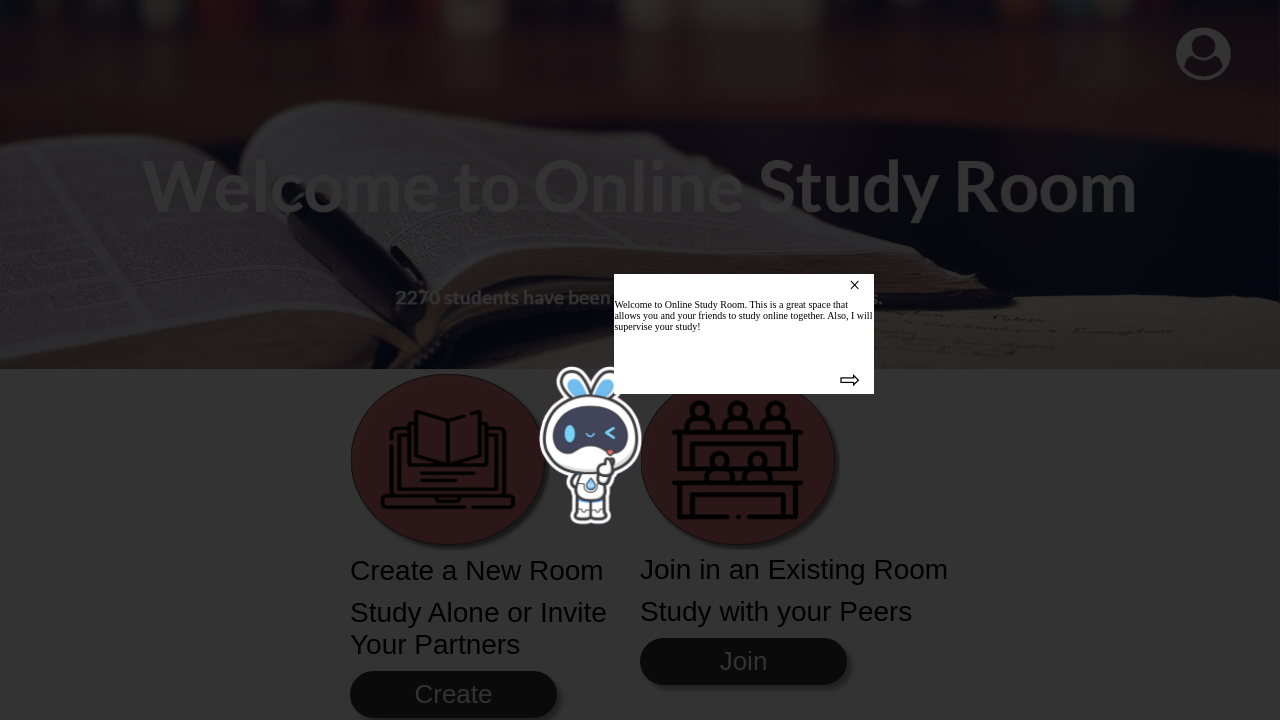
Repository: Team-Extrememe/Online-Study-Room
Page: home.html
An editor plug-in stored every save of this project. The page is shown before and after the next save, followed by the edit.
The browser window is 1280 px wide. The pictures show the whole page.

Above is the page before, as saved 2021-10-06 13:30:51.
Console error: TypeError: Cannot set properties of null (setting 'onclick')

### home.html
<!DOCTYPE html>
<html lang="en">
<head>
    <meta charset="UTF-8">
    <meta http-equiv="X-UA-Compatible" content="IE=edge">
    <meta name="viewport" content="width=device-width, initial-scale=1.0">
    <link rel="stylesheet" href="css/style.css">
    <script src="js/jquery-3.6.0.min.js" type="text/javascript"></script>
    <script type="text/javascript" src="js/javascript.js"></script>
    <title>Homepage</title>
</head>
<body>
    <img class="home" src="images/home.png" alt="home_header">
    <a href="login.html" class="account"></a>
    <img class="rabbit" src="images/rabbit1.png" alt="guide_rabbit">
    <div id="light3" class="guide_div">
        <div class="guide_text">
            <div class="close_guide_button">&times;</div>
            <div class="text1">
                Welcome to Online Study Room.  This is a great space that allows you and your friends to study online together.  Also, I will supervise your study!
            </div>
            <div class="next">&#8680;</div>
        </div>
    </div>
    <img class="rabbit2" src="images/rabbit2.png" alt="guide_rabbit2">
    <div id="light4" class="guide_div2">
        <div class="guide_text2">
            <div class="close_guide_button2">&times;</div>
            <span>You can create your own study room here!</span>
            <div class="back">&#8678;</div>
            <div class="next2">&#8680;</div>
        </div>
    </div>
    <img class="rabbit3" src="images/rabbit3.png" alt="guide_rabbit3">
    <div id="light5" class="guide_div3">
        <div class="guide_text3">
            <div class="close_guide_button3">&times;</div>
            <span>Or you can join other's study room.</span>
            <div class="back2">&#8678;</div>
            <div class="next3">&#8680;</div>
        </div>
    </div>
    <img class="rabbit4" src="images/rabbit3.png" alt="guide_rabbit4">
    <div id="light6" class="guide_div4">
        <div class="guide_text4">
            <div class="close_guide_button4">&times;</div>
            <span>You can create an account and log in here.</span>
            <div class="back3">&#8678;</div>
            <div class="next4">&#8680;</div>
        </div>
    </div>
    <img class="rabbit5" src="images/rabbit4.png" alt="guide_rabbit5">
    <div id="light7" class="guide_div5">
        <div class="guide_text5">
            <span>So now, start your learning~ I will always be with you.</span>
            <div class="repeat">Repeat</div>
            <div class="end">Ok</div>
        </div>
    </div>

    <div class="room_container">
        <div class="create_room">
            <img src="images/create.png" alt="create_room">
            <div class="create_text">
                <span>Create a New Room</span>
                <span>Study Alone or Invite Your Partners</span>
                <button class="create">Create</button>
            </div>
        </div>
        <div class="join_room">
            <img src="images/join.png" alt="join_room">
            <div class="join_text">
                <span>Join in an Existing Room</span>
                <span>Study with your Peers</span>
                <button class="join">Join</button>
            </div>
        </div>
    </div>

    <div id="light" class="popup">
        <div class="close_button">&times;</div>
        <div class="room_type">
            <label>Private
                <input type="checkbox">
            </label>
            <label>Public
                <input type="checkbox">
            </label>
        </div>
        <div class="room_info">
            <label>Number of people:</label>
            <input type="text">
            <span>(Maxium is 6)</span>
            <br>
            <label>Time Setting:</label>
            <input id="time" type="time" step='1' min="00:00:00" max="24:00:00">
        </div>
        <div class="device">

        </div>
        <button class="confirm_create" onclick="location.href='main.html'">Create</button>
    </div>
    <div id="light2" class="popup2">
        <div class="close_button2">&times;</div>
        <img src="images/join2.png" alt="join_other_rooms">
        <div class="room_type">
            <label>Private
                <input type="checkbox">
            </label>
            <label>Public
                <input type="checkbox">
            </label>
        </div>
        <button class="confirm_join">Join</button>
    </div>
    <div id="fade" class="black_overlay"></div>
    <div id="fade1" class="black"></div>
</body>
</html>

### css/style.css

.login{
    background: linear-gradient(144.9063727226063deg , rgba(250, 205, 145, 1) 28.000000000000004%, rgba(250, 248, 145, 1) 92%);
    margin: 0;
    padding: 0;
    height: 100vh;
    overflow: hidden;
}

body{
    margin: 0;
    padding: 0;
    height: 100vh;
    overflow: hidden;
}

div{
    display: block;
}

.login_container{
    position: absolute;
    top: 50%;
    left: 50%;
    transform: translate(-50%, -50%);
    width: 860px;
    background: white;
    height: 900px;
}

.login_container h1{
    text-align: center;
    padding: 0 0 20px 0;
    padding-top: 50px;
}

.login_container h3{
    text-align: center;
    padding-bottom: 50px;
}

.login_container form{
    padding: 0 100px;
    box-sizing: border-box;
}

form .txt_field{
    position: relative;
    margin: 30px 0;
}

.txt_field input{
    width: 60%;
    padding: 5px 5px;
    height: 40px;
    font-size: 16px;
    position: relative;
    left: 140px;
    top: 10px;
    margin-bottom: 30px;
    background-color: #f9f9f9;
    border-style: solid;
    border-color:  #d3d3d3;
    border-radius: 4px;
    border-width: 2px;
    text-indent: 0px;
    text-shadow: none;
    box-shadow: none;
}

.txt_field label{
    position: absolute;
    left: 140px;
    color: #8c8c8c;
    transform: translateY(-100%);
    font-size: 16px;

}

.remember{
    position: relative;
    left: 160px;
    color: #8c8c8c;
}

.check{
    position: relative;
    left: -140px;
}
.forgot{
    position: absolute;
    bottom: 392px;
    left: 480px;
}

.forgot a{
    text-decoration: none;
    color: rgb(43, 158, 217);
}

input[type="submit"]{
    border-width: 0px;
    position: absolute;
    left: 285px;
    top: 700px;
    width: 320px;
    height: 50px;
    background: inherit;
    background-color: rgba(30, 152, 215, 1);
    border: none;
    border-radius: 73px;
    box-shadow: none;
    font-weight: 400;
    font-style: normal;
    font-size: 25px;
    color: white;
    cursor: pointer;
}

input[type="submit"]:hover{
    background-color: rgba(30, 132, 207, 1);
}

.signup_link{
    position: absolute;
    bottom: 100px;
    left: 320px;
    color: #8c8c8c;
}

.signup_link a{
    text-decoration: none;
    color: rgb(43, 158, 217);
}

/* homepage*/

.home{
    width: 100%;
}

.account{
    display: inline-block;
    width: 88px;
    height: 81px;
    position: absolute;
    right: 69px;
    top: 41px;
    border-radius: 50%;
}

.room_container{
    width: 100%;
}

.create_room{
    width: 50%;
    float: left;
    /* margin-left: 350px; */
}

.create_room img{
    /* position: absolute;
    left: 450px; */
    padding-left: 350px;
}

.create_text{
    /* position: absolute;
    left: 420px;
    bottom: 100px; */
    font-family: 'Arial Negreta', 'Arial Normal', 'Arial', sans-serif;
    padding-left: 350px;
}

.create_text span{
    word-break: normal;
    width: auto;
    display: block;
    white-space: pre-wrap;
    word-wrap: break-word;
    overflow: hidden;
    padding-bottom: 10px;
    font-size: 28px;
}

.create_text span:nth-of-type(2){
    /* position: relative;
    left: -90px; */
    padding-left: -50px;
    text-align:left;
}

.create_text button{
    /* position: relative;
    left: 30px; */
    width: 207px;
    height: 47px;
    background: inherit;
    background-color: rgba(51, 51, 51, 1);
    box-sizing: border-box;
    border-width: 3px;
    border-style: solid;
    border-color: rgba(51, 51, 51, 1);
    border-radius: 71px;
    box-shadow: 5px 5px 5px rgb(0 0 0 / 35%);
    font-size: 26px;
    color: rgba(255, 255, 255, 0.996078431372549);
    cursor: pointer;
}

.join_room{
    width: 50%;
    float: right;
}

.join_room img{
    /* position: absolute;
    right: 450px; */
}

.join_text{
    /* position: absolute;
    right: 420px;
    bottom: 100px; */
    font-family: 'Arial Negreta', 'Arial Normal', 'Arial', sans-serif;
}

.join_text span{
    word-break: normal;
    width: auto;
    display: block;
    white-space: pre-wrap;
    word-wrap: break-word;
    overflow: hidden;
    padding-bottom: 10px;
    font-size: 28px;
    /* position: relative;
    right: -40px; */
}

.join_text span:nth-of-type(2){
    /* position: relative;
    right: -60px; */
}

.join_text button{
    /* position: relative;
    right: -85px; */
    width: 207px;
    height: 47px;
    background: inherit;
    background-color: rgba(51, 51, 51, 1);
    box-sizing: border-box;
    border-width: 3px;
    border-style: solid;
    border-color: rgba(51, 51, 51, 1);
    border-radius: 71px;
    box-shadow: 5px 5px 5px rgb(0 0 0 / 35%);
    font-size: 26px;
    color: rgba(255, 255, 255, 0.996078431372549);
    cursor: pointer;
}

/* pop-up*/

.room_info input{
    border: 0;
    outline: 0;
    background: transparent;
    border-bottom: 1px solid black;
}

.popup{
    display: none;
    position: absolute;
    top: 35%;
    left: 37%;
    width: 500px;
    height: 240px;
    border: 10x solid black;
    background-color: white;
    z-index:1002;
    overflow: auto;
}

.popup2{
    display: none;
    position: absolute;
    top: 35%;
    left: 37%;
    width: 500px;
    height: 240px;
    border: 10x solid black;
    background-color: white;
    z-index:1002;
    overflow: auto;
}

.popup2 img{
    position: relative;
    left: 45%;
    top: 10px;
}

.popup2 .room_type{
    position: absolute;
    top: 38%;
}

.black_overlay{
    display: none;
    position: absolute;
    top: 0%;
    left: 0%;
    width: 100%;
    height: 100%;
    background-color: black;
    z-index:1001;
    opacity:.80;
    filter: alpha(opacity=88);
}

.close_button{
    position: absolute;
    right: 20px;
    top: 0px;
    font-size: 35px;
    cursor: pointer;
}

.close_button2{
    position: absolute;
    right: 20px;
    top: 0px;
    font-size: 35px;
    cursor: pointer;
}

.room_type{
    position: absolute;
    left: 28%;
    top: 10%;
    font-size: 20px;
}

.room_type label{
    padding-right: 40px;
}

.room_info{
    position: absolute;
    top: 20%;
    left: 20%;
    margin-top: 25px;
}

.room_info input{
    width: 70px;
}

.room_info label{
    display: inline-block;
    margin-bottom: 25px;
}

.confirm_create{
    position: absolute;
    bottom: 10px;
    left: 35%;
    width: 170px;
    height: 40px;
    background: inherit;
    background-color: rgba(51, 51, 51, 1);
    box-sizing: border-box;
    border-width: 3px;
    border-style: solid;
    border-color: rgba(51, 51, 51, 1);
    border-radius: 71px;
    box-shadow: 3px 2px 3px rgb(0 0 0 / 35%);
    font-size: 16px;
    color: rgba(255, 255, 255, 0.996078431372549);
    cursor: pointer;
}

.confirm_join{
    position: absolute;
    bottom: 25px;
    left: 35%;
    width: 170px;
    height: 40px;
    background: inherit;
    background-color: rgba(51, 51, 51, 1);
    box-sizing: border-box;
    border-width: 3px;
    border-style: solid;
    border-color: rgba(51, 51, 51, 1);
    border-radius: 71px;
    box-shadow: 3px 2px 3px rgb(0 0 0 / 35%);
    font-size: 16px;
    color: rgba(255, 255, 255, 0.996078431372549);
    cursor: pointer;
}

/* rabbit guide*/

.rabbit{
    width: 160px;
    height: 180px;
    float: left;
    position: absolute;
    left: 40%;
    top: 50%;
    display: block;
    position: absolute;
    background-color: transparent;
    z-index:1002;
    overflow: auto;
}

.rabbit2{
    width: 400px;
    /* height: 180px; */
    float: left;
    position: absolute;
    left: 31%;
    top: 56%;
    display: none;
    position: absolute;
    background-color: transparent;
    z-index:1002;
    overflow: auto;
}

.rabbit3{
    width: 400px;
    /* height: 180px; */
    float: left;
    position: absolute;
    left: 53%;
    top: 56%;
    display: none;
    position: absolute;
    background-color: transparent;
    z-index:1002;
    overflow: auto;
}

.rabbit4{
    width: 400px;
    /* height: 180px; */
    float: left;
    position: absolute;
    right: 5%;
    top: 12%;
    display: none;
    position: absolute;
    background-color: transparent;
    z-index:1002;
    overflow: auto;
}

.rabbit5{
    width: 200px;
    height: 200px;
    float: left;
    position: absolute;
    left: 35%;
    top: 56%;
    display: none;
    position: absolute;
    background-color: transparent;
    z-index:1002;
    overflow: auto;
}

.black{
    display: none;
    position: absolute;
    top: 0%;
    left: 0%;
    width: 100%;
    height: 100%;
    background-color: black;
    z-index:1001;
    opacity:.80;
    filter: alpha(opacity=88);
}

.guide_div {
    display: block;
    position: absolute;
    top: 38%;
    left: 48%;
    width: 260px;
    height: 120px;
    border: 10x solid black;
    background-color: white;
    z-index:1002;
    overflow: auto;
}

.guide_div2{
    display: none;
    position: absolute;
    bottom: 30%;
    left: 27%;
    width: 215px;
    height: 70px;
    border: 10x solid black;
    background-color: white;
    z-index:1002;
    overflow: none;
}

.guide_div3{
    display: none;
    position: absolute;
    bottom: 31%;
    right: 22%;
    width: 215px;
    height: 70px;
    border: 10x solid black;
    background-color: white;
    z-index:1002;
    overflow: none;
}

.guide_div4{
    display: none;
    position: absolute;
    top: 14%;
    right: 1%;
    width: 215px;
    height: 70px;
    border: 10x solid black;
    background-color: white;
    z-index:1002;
    overflow: none;
}

.guide_div5{
    display: none;
    position: absolute;
    bottom: 37%;
    left: 44%;
    width: 215px;
    height: 70px;
    border: 10x solid black;
    background-color: white;
    z-index:1002;
    overflow: none;
}

/* .text1::before{
    background-color: #F2F2F2;
    bottom: -5px;
    box-shadow: -2px 2px 2px 0 rgba(178, 178, 178, 0.4);
    content: " ";
    display: block;
    height: 13px;
    left: 5px;
    position: absolute;
    transform: rotate(-35deg) skew(-35deg);
    width: 15px;
} */

#fade1{
    display: block;
}

.light3{
    display: block;
}

.light4{
    display: block;
}

.light5{
    display: block;
}

.light6{
    display: block;
}

.light7{
    display: block;
}

.text1{
    font-size: 10px;
    position: absolute;
    top: 25px;
    /* background-color: #F2F2F2;
    border-radius: 5px;
    box-shadow: 0 0 6px #B2B2B2;
    display: inline-block;
    padding: 10px 18px;
    position: relative;
    vertical-align: top;
    float: left;
    margin: 5px 45px 5px 20px;     */
}

.guide_text2 span{
    font-size: 14px;
    position: absolute;
    top: 20px;
}

.guide_text3 span{
    font-size: 14px;
    position: absolute;
    top: 20px;
}

.guide_text4 span{
    font-size: 14px;
    position: absolute;
    top: 20px;
}

.guide_text5 span{
    font-size: 14px;
    position: absolute;
}

.close_guide_button{
    position: absolute;
    right: 14px;
    top: 0px;
    font-size: 20px;
    cursor: pointer;
}

.close_guide_button2{
    position: absolute;
    left: 184px;
    top: -2px;
    font-size: 20px;
    cursor: pointer;
}

.close_guide_button3{
    position: absolute;
    left: 184px;
    top: -2px;
    font-size: 20px;
    cursor: pointer;
}

.close_guide_button4{
    position: absolute;
    left: 184px;
    top: -2px;
    font-size: 20px;
    cursor: pointer;
}

.next{
    position: absolute;
    right: 14px;
    bottom: 0;
    font-size: 25px;
    cursor: pointer;
}

.next2{
    position: absolute;
    right: 14px;
    bottom: 0;
    font-size: 25px;
    cursor: pointer;
}

.next3{
    position: absolute;
    right: 14px;
    bottom: 0;
    font-size: 25px;
    cursor: pointer;
}

.next4{
    position: absolute;
    right: 14px;
    bottom: 0;
    font-size: 25px;
    cursor: pointer;
}

.back{
    position: absolute;
    right: 35px;
    bottom: 0;
    font-size: 25px;
    cursor: pointer;
}

.back2{
    position: absolute;
    right: 35px;
    bottom: 0;
    font-size: 25px;
    cursor: pointer;
}

.back3{
    position: absolute;
    right: 35px;
    bottom: 0;
    font-size: 25px;
    cursor: pointer;
}

.repeat, .end{
    font-size: 10px;
}

.repeat{
    position: absolute;
    right: 52px;
    bottom: 4px;
    cursor: pointer;
}

.end{
    position: absolute;
    right: 14px;
    bottom: 4px;
    cursor: pointer;
}

/* main page*/

Loaded but not shown: js/jquery-3.6.0.min.js (library); js/javascript.js (308 lines, source omitted)

After the next save:
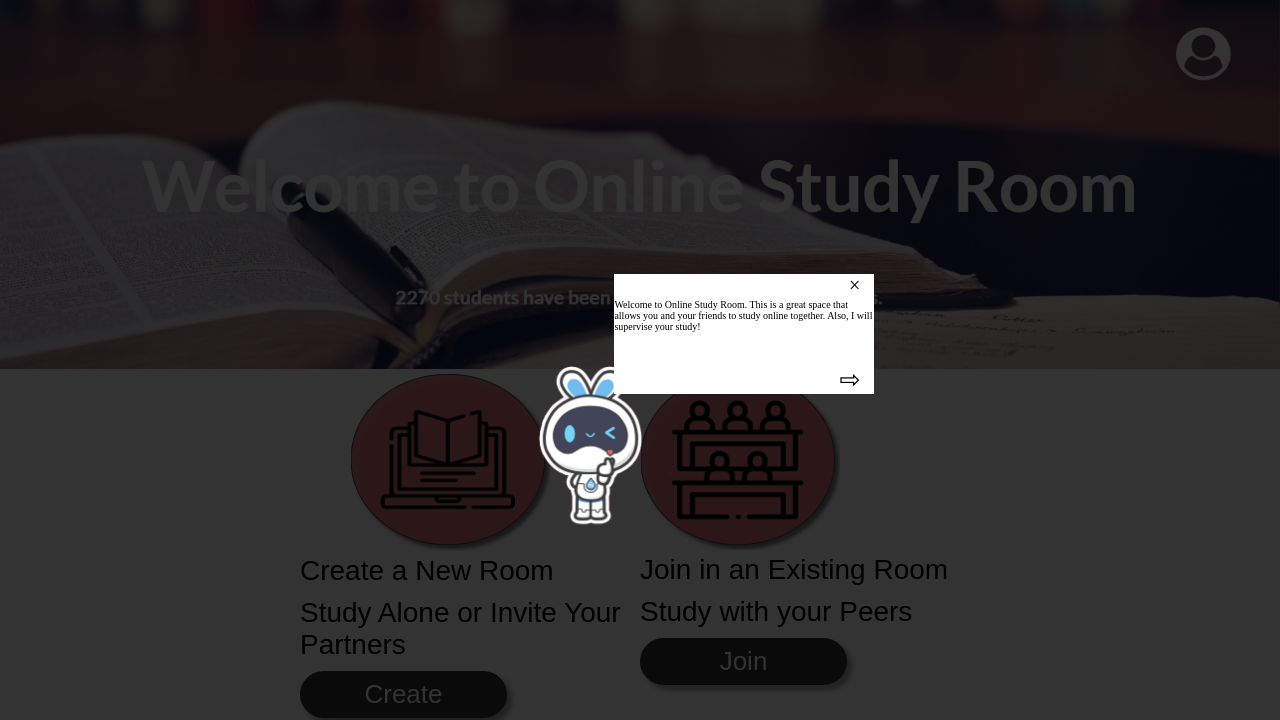
Saved 15 s later.
--- a/css/style.css
+++ b/css/style.css
@@ -170,7 +170,7 @@ input[type="submit"]:hover{
     left: 420px;
     bottom: 100px; */
     font-family: 'Arial Negreta', 'Arial Normal', 'Arial', sans-serif;
-    padding-left: 350px;
+    padding-left: 300px;
 }
 
 .create_text span{
